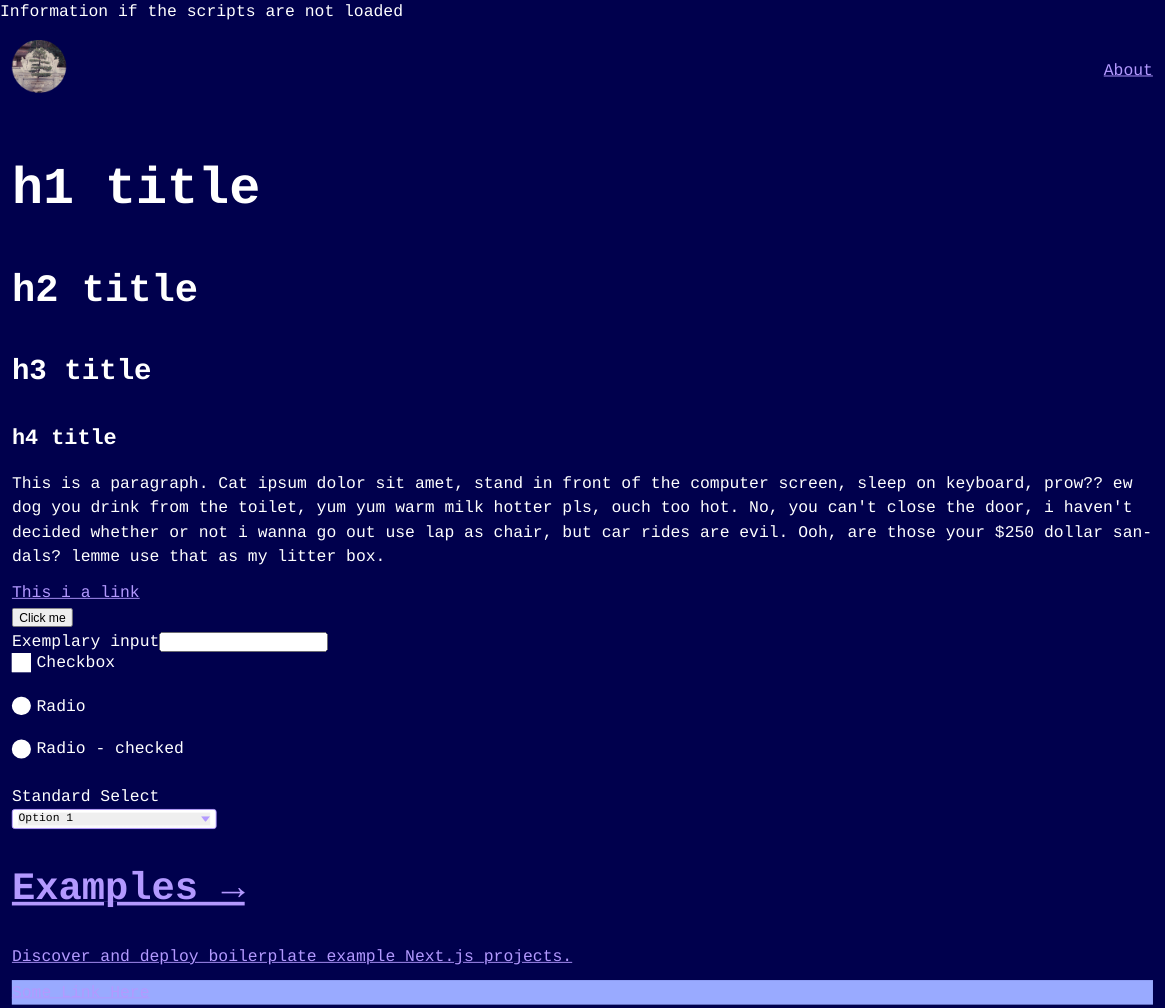
Repository: magiai/scent-app
Page: /
An editor plug-in stored every save of this project. The page is shown before and after the next save, followed by the edit.
The browser window is 1280 px wide. The pictures show the whole page, at 91% of full size.
The project was rebuilt for these pictures with package versions that can differ from the ones it lists, and the page was loaded fresh each time. The framework's server and built-in components were replaced by stand-ins that run in the browser.

Above is the page before, as saved 2022-05-25 18:56:13.

After the next save:
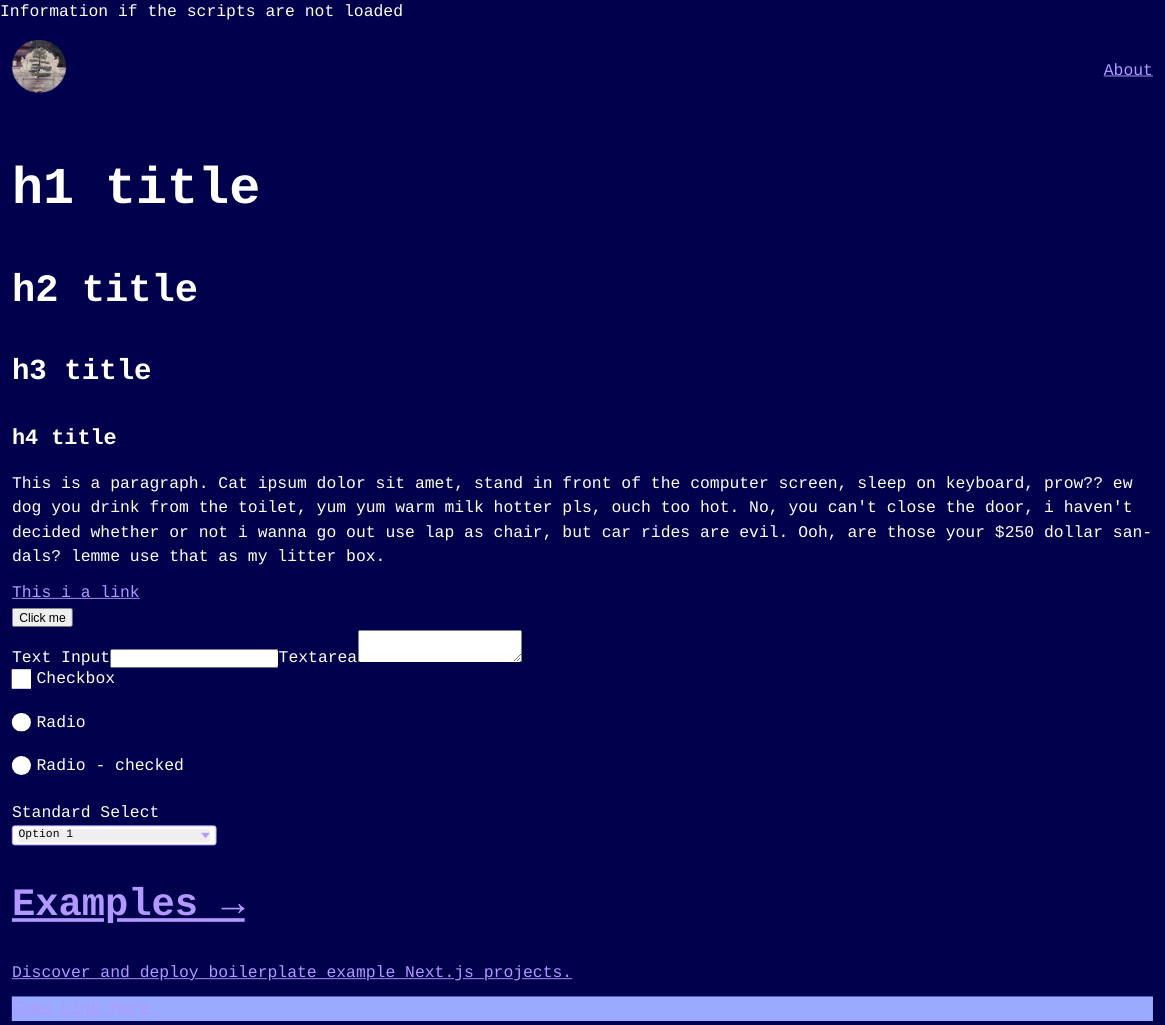
Saved 16 h 15 min later.
--- a/pages/index.tsx
+++ b/pages/index.tsx
@@ -24,10 +24,11 @@ export default function Home() {
         <br />
 
         <form>
-            <label>
-                Exemplary input
-                <input id="input-exemple" type="text"/>
-            </label>
+            <label for="text-input">Text Input</label>
+            <input class="input" id="text-input" type="text" />
+
+            <label for="textarea">Textarea</label>
+            <textarea class="input" id="textarea"></textarea>
             <br />
             <label className="form-control">
                 <input name="checkbox" type="checkbox"/>
